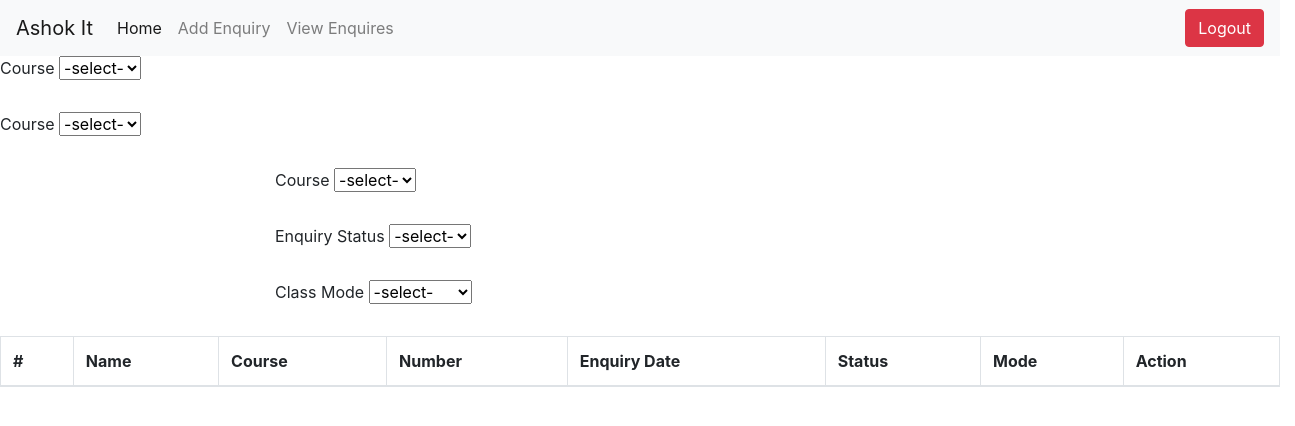
Repository: davidroshan/JRTP
Page: http://localhost/view-enquires
The author's editor kept a copy of each file at every save. The page is drawn from the files as they stood at one save, then again after the next save.
The browser window is 1280 px wide. The page is 1295 px wide, so the pictures cover 1295 px, including what lies to the right of the window. The pictures show the whole page.
The page is this project's Thymeleaf template; nobody is signed in. The template is opened directly, without the code that normally fills it, so the values that code supplies are empty.

Above is the page before, as saved 2023-04-27 18:37:42.

### Front_Office_Team_Portal/src/main/resources/templates/view-enquires.html
<!DOCTYPE html>
<html lang="en"  xmlns:th="http://www.thymeleaf.org" >
<head>
<meta charset="utf-8">
<link rel="stylesheet" href="https://cdn.jsdelivr.net/npm/bootstrap@4.3.1/dist/css/bootstrap.min.css" integrity="sha384-ggOyR0iXCbMQv3Xipma34MD+dH/1fQ784/j6cY/iJTQUOhcWr7x9JvoRxT2MZw1T" crossorigin="anonymous">
<title>AshokIT Unlock Account</title>
</head>
<body>

          <!-- Navbar start -->


                <nav class="navbar navbar-expand-lg navbar-light bg-light">
  <a class="navbar-brand" href="#">Ashok It</a>
  <button class="navbar-toggler" type="button" data-toggle="collapse" data-target="#navbarSupportedContent" aria-controls="navbarSupportedContent" aria-expanded="false" aria-label="Toggle navigation">
    <span class="navbar-toggler-icon"></span>
  </button>

  <div class="collapse navbar-collapse" id="navbarSupportedContent">
    <ul class="navbar-nav mr-auto">


      <li class="nav-item active">
        <a class="nav-link" href="dashboard">Home <span class="sr-only">(current)</span></a>
      </li>

      <li class="nav-item">
        <a class="nav-link" href="enquiry">Add Enquiry</a>
      </li>

      <li class="nav-item">
        <a class="nav-link" href="enquires">View Enquires</a>
      </li>

    </ul>
       <a href="logout" class="btn btn-danger">Logout</a>
  </div>
</nav>


          <!-- Nav bar end -->
          <div class="row">

          <div class="col-lg-4 col-sm-4 col-xs-4">
      <div class="dropdown">



                            <div class="form-otline mb-4">
                           <label for="form22">Course</label>
                                 <select id="form22" class="form-select"
                                   name="courseName" >
                                    <option value="">-select-</option>
                                    <option th:each="course : ${courses}" th:value="${course}"
                                    th:text="${course}"></option>
                                 </select>
                           </div>



                            <div class="form-otline mb-4">
                           <label for="form22">Course</label>
                                 <select id="form22" class="form-select"
                                   name="courseName" >
                                    <option value="">-select-</option>
                                    <option th:each="course : ${courses}" th:value="${course}"
                                    th:text="${course}"></option>
                                 </select>
                           </div>


       </div>
  </div>

  </div>


          <!-- drop down -->

         <div class="container">
            <div class="row">
               <div class="col-md-8 offset-md-2">




                            <div class="form-otline mb-4">
                           <label for="form22">Course</label>
                                 <select id="form22" class="form-select"
                                   name="courseName" >
                                    <option value="">-select-</option>
                                    <option th:each="course : ${courses}" th:value="${course}"
                                    th:text="${course}"></option>
                                 </select>
                           </div>


                           <div class="form-otline mb-4">
                           <label for="form23">Enquiry Status</label>
                                 <select id="form23" class="form-select"
                                 name="enqStatus">
                                    <option value="">-select-</option>
                                    <option th:each="status : ${enqStatus}" th:value="${status}"
                                    th:text="${status}"></option>
                                 </select>
                           </div>


                           <div class="form-otline mb-4">
                           <label for="form23">Class Mode</label>
                                 <select id="form23" class="form-select"
                                 name="enqStatus">
                                    <option value="">-select-</option>
                                    <option value="online"> Online</option>
                                    <option value="classroom">Classroom</option>
                                 </select>
                           </div>


               </div>
            </div>
        </div>



         <!-- table start -->


         <table class="table table-stripped table-bordered table hover" id="enqTb">

           <thead>
               <tr>

                   <th scope="col">#</th>
                   <th scope="col">Name</th>
                   <th scope="col">Course</th>
                   <th scope="col">Number</th>
                   <th scope="col">Enquiry Date</th>
                   <th scope="col">Status</th>
                   <th scope="col">Mode</th>
                   <th scope="col">Action</th>

               </tr>
           </thead>


         </table>

</body>

After the next save:
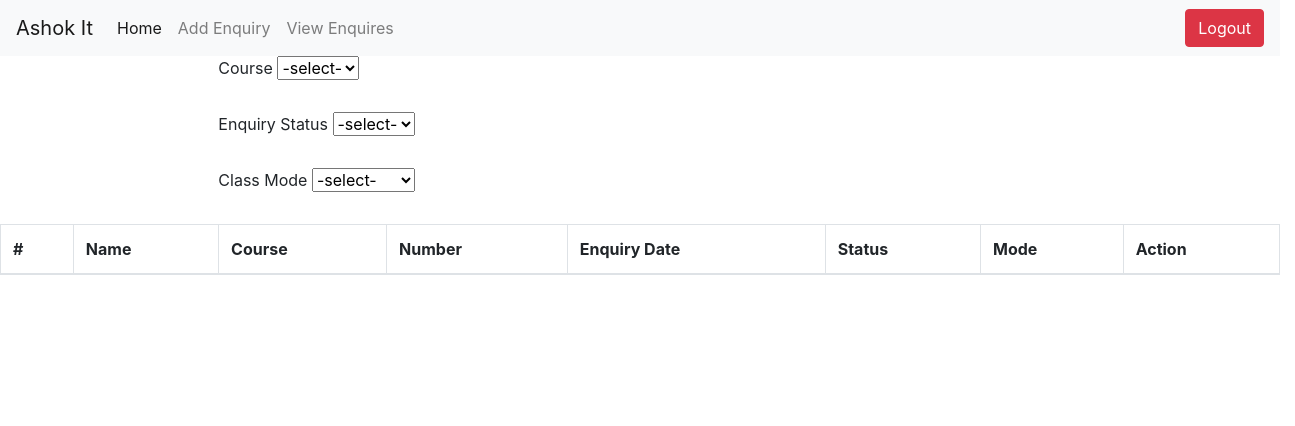
Saved 106 s later.
--- a/Front_Office_Team_Portal/src/main/resources/templates/view-enquires.html
+++ b/Front_Office_Team_Portal/src/main/resources/templates/view-enquires.html
@@ -39,45 +39,10 @@
 
 
           <!-- Nav bar end -->
-          <div class="row">
-
-          <div class="col-lg-4 col-sm-4 col-xs-4">
-      <div class="dropdown">
-
-
-
-                            <div class="form-otline mb-4">
-                           <label for="form22">Course</label>
-                                 <select id="form22" class="form-select"
-                                   name="courseName" >
-                                    <option value="">-select-</option>
-                                    <option th:each="course : ${courses}" th:value="${course}"
-                                    th:text="${course}"></option>
-                                 </select>
-                           </div>
-
-
-
-                            <div class="form-otline mb-4">
-                           <label for="form22">Course</label>
-                                 <select id="form22" class="form-select"
-                                   name="courseName" >
-                                    <option value="">-select-</option>
-                                    <option th:each="course : ${courses}" th:value="${course}"
-                                    th:text="${course}"></option>
-                                 </select>
-                           </div>
-
-
-       </div>
-  </div>
-
-  </div>
-
 
           <!-- drop down -->
 
-         <div class="container">
+
             <div class="row">
                <div class="col-md-8 offset-md-2">
 
@@ -119,7 +84,7 @@
 
                </div>
             </div>
-        </div>
+
 
 
 
